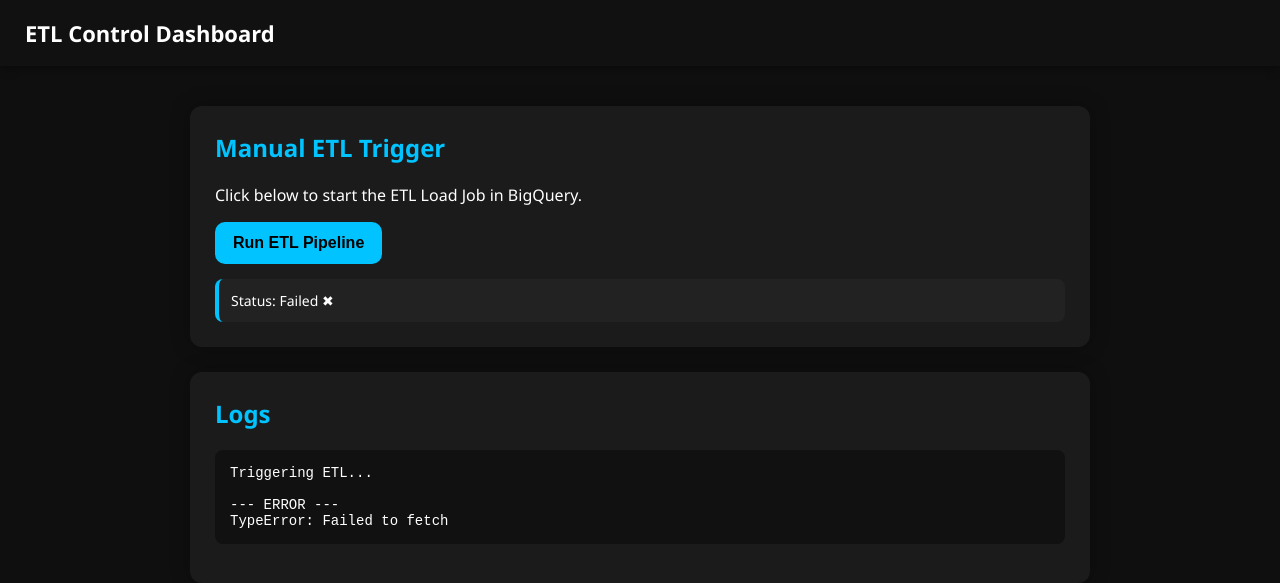
Repository: kbruhadesh/etl_files
Page: public/index.html
The author's editor kept a copy of each file at every save. The page is drawn from the files as they stood at one save, then again after the next save.
The browser window is 1280 px wide. The pictures show the whole page.
After loading, the first visible `#runETL` was clicked once.
The page's requests for data from a server got no answer.

Above is the page before, as saved 2025-11-24 16:46:37.

After the next save:
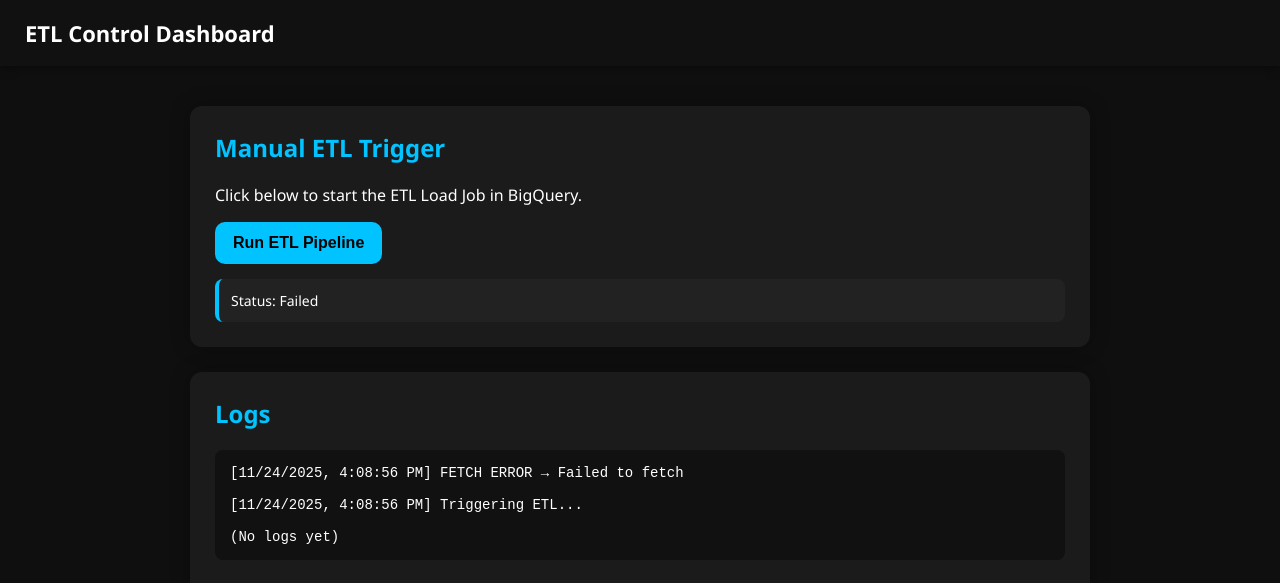
Saved 6 h 11 min later.
--- a/public/script.js
+++ b/public/script.js
@@ -1,23 +1,35 @@
+const RUN_URL = "https://etl-transform-service-564878881238.asia-south1.run.app/run-etl";
+
 const runBtn = document.getElementById("runETL");
 const statusBox = document.getElementById("statusBox");
 const logOutput = document.getElementById("logOutput");
 
-const CLOUD_RUN_URL = "https://etl-transform-service-564878881238.asia-south1.run.app/";
+function setStatus(text) {
+  statusBox.textContent = "Status: " + text;
+}
+
+function log(msg) {
+  const ts = new Date().toLocaleString();
+  logOutput.textContent = `[${ts}] ${msg}\n\n` + logOutput.textContent;
+}
 
 runBtn.addEventListener("click", async () => {
-  statusBox.textContent = "Status: Running ETL...";
-  logOutput.textContent = "Triggering ETL...";
+  setStatus("Running...");
+  log("Triggering ETL...");
 
   try {
-    const response = await fetch(CLOUD_RUN_URL);
+    const res = await fetch(RUN_URL);
 
-    const text = await response.text();
-
-    statusBox.textContent = "Status: Completed ✔";
-    logOutput.textContent += "\n\n--- RESPONSE ---\n" + text;
-
-  } catch (error) {
-    statusBox.textContent = "Status: Failed ✖";
-    logOutput.textContent += "\n\n--- ERROR ---\n" + error;
+    const text = await res.text();
+    if (res.ok) {
+      setStatus("Success");
+      log("SUCCESS → " + text);
+    } else {
+      setStatus("Failed");
+      log("ERROR → HTTP " + res.status + ": " + text);
+    }
+  } catch (err) {
+    setStatus("Failed");
+    log("FETCH ERROR → " + err.message);
   }
 });
